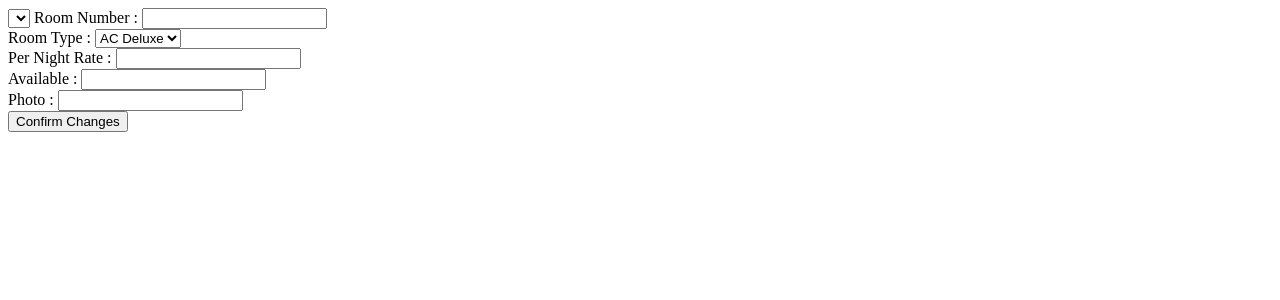
Repository: dishangjain/SpringProject
Page: http://localhost/HotelBookingManagementSystem/JSPs/AddNewRoom.jsp
These files come from the project's save history. The page is drawn as it stood at one moment and after the next save; the edit follows.
The browser window is 1280 px wide. The pictures show the whole page.
The page is served by Tomcat 9. Nobody is signed in. The application's start-up code is not run. The template is opened directly, without the code that normally fills it, so the values that code supplies are empty.

Above is the page before, as saved 2017-10-14 11:26:44.

After the next save:
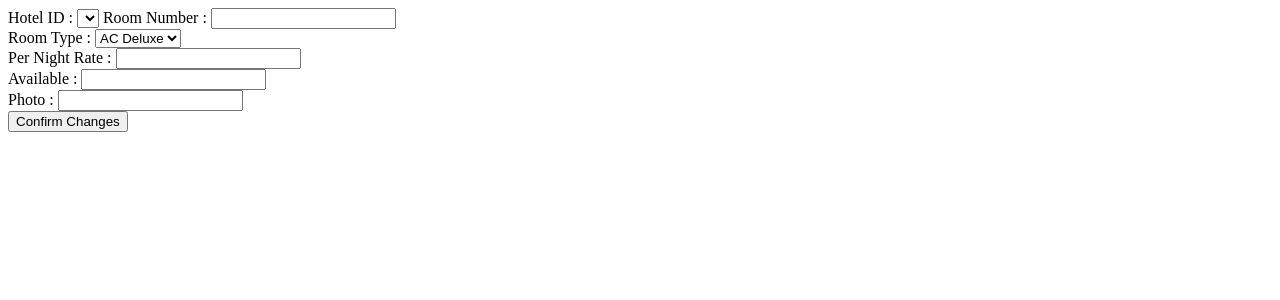
Saved 53 s later.
--- a/HotelBookingManagementSystem/WebContent/JSPs/AddNewRoom.jsp
+++ b/HotelBookingManagementSystem/WebContent/JSPs/AddNewRoom.jsp
@@ -12,6 +12,8 @@
 	<body>
 
 		<form:form method="post" modelAttribute="roomBean"  action="insertRoom.do" >
+
+			<label for="hotelID">Hotel ID :</label>
 			<select name="hotelID">
 					<c:forEach items="${ hotelList }" var="hotel">
 						<option value="${hotel.hotelID }">${hotel.hotelName }</option>
